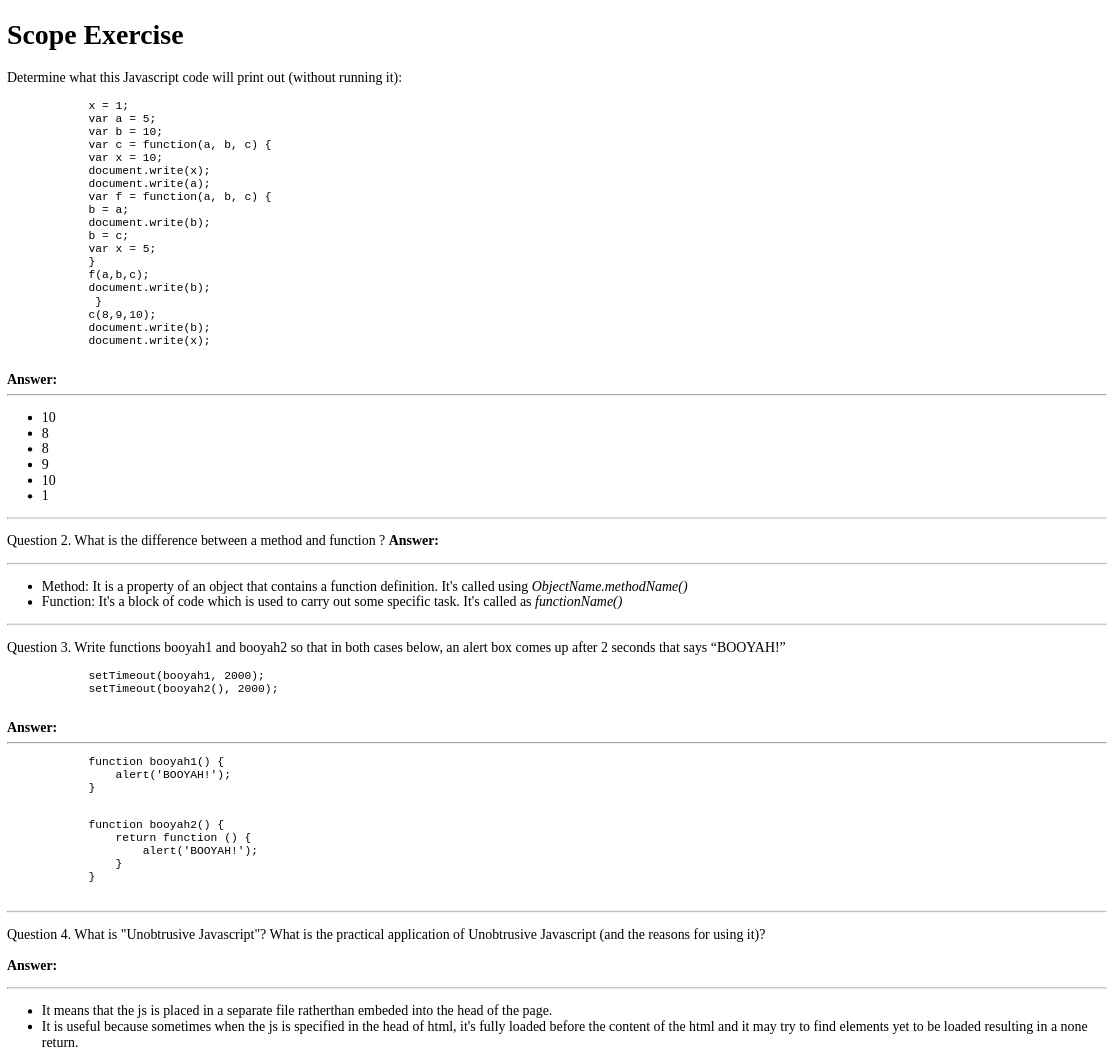
Repository: bethelbahiru/WAP
Page: Homework3/scope.html
These files come from the project's save history. The page is drawn as it stood at one moment and after a run of saves; the edit follows.
The browser window is 1280 px wide. The pictures show the whole page, at 87% of full size.

Above is the page before, as saved 2022-01-18 15:53:26.

After the next 3 saves:
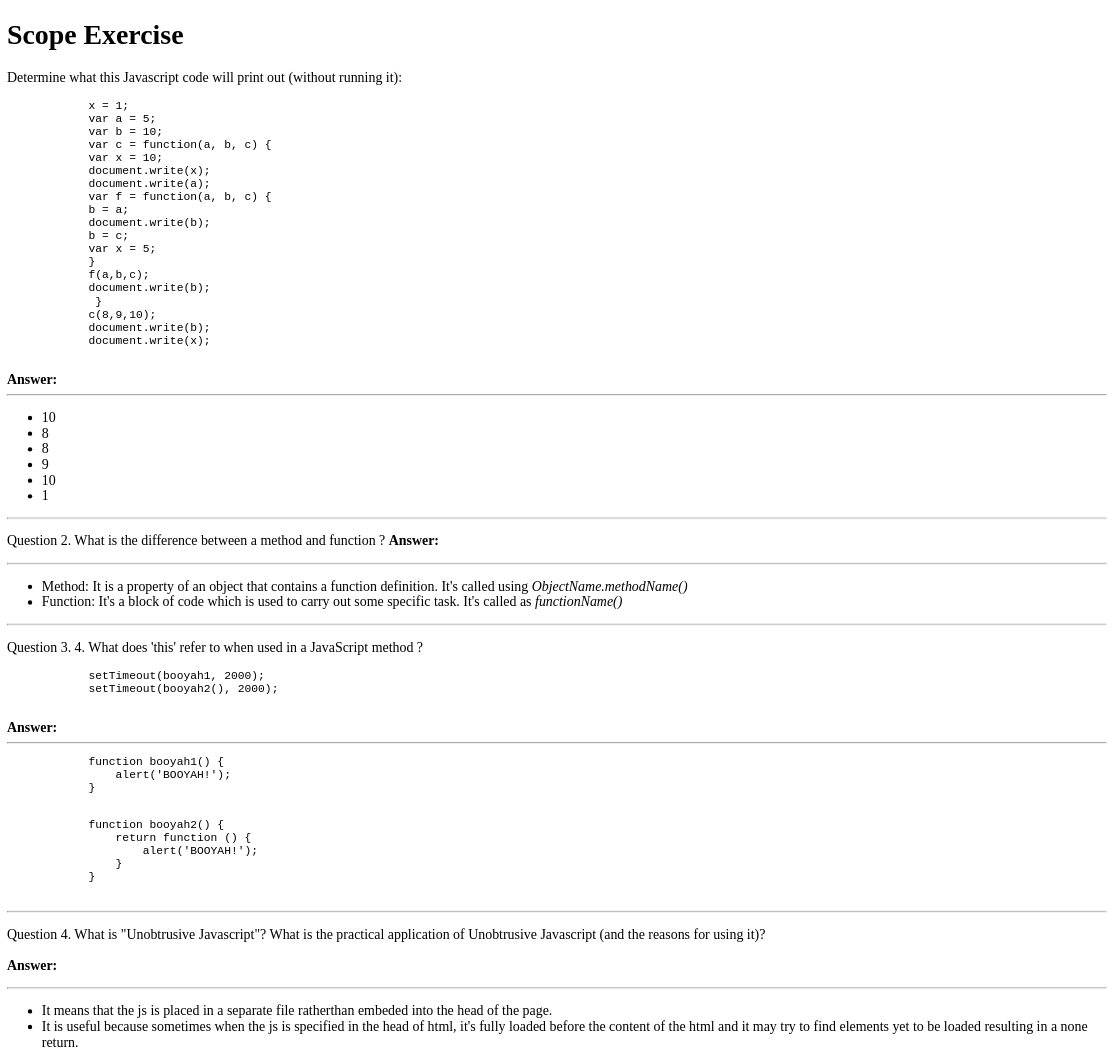
The 3 saves are shown as one change because they came seconds apart.
The last was saved 3 min 8 s later.
--- a/Homework3/scope.html
+++ b/Homework3/scope.html
@@ -53,8 +53,7 @@
         </ul>
     </p>
     <hr>
-    <p>Question 3. Write functions booyah1 and booyah2 so that in both cases below, an alert box comes up after 2 seconds that
-        says “BOOYAH!”
+    <p>Question 3. 4. What does 'this' refer to when used in a JavaScript method ?
         <pre>
             setTimeout(booyah1, 2000);
             setTimeout(booyah2(), 2000);
